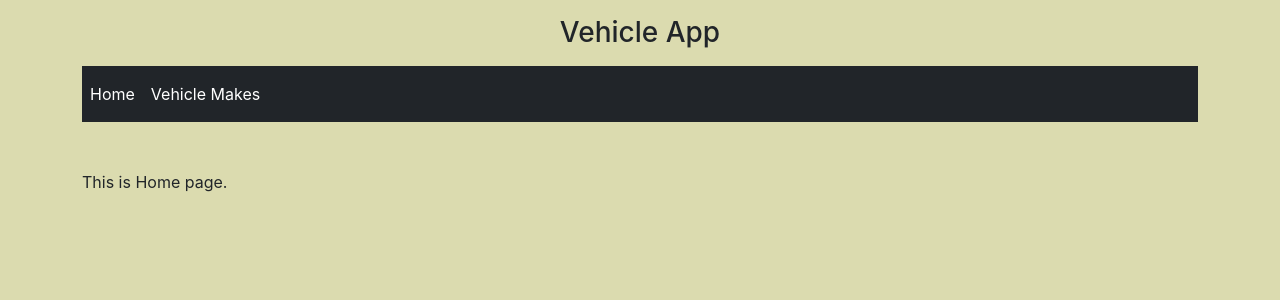
Repository: magdalenarajic/VehicleFrontend
Page: /
An editor plug-in stored every save of this project. The page is shown before and after the next save, followed by the edit.
The browser window is 1280 px wide. The pictures show the whole page.
The project was rebuilt for these pictures with package versions that can differ from the ones it lists, and the page was loaded fresh each time. Also part of the build but not shown: src/App.css, src/services/makeService.js, src/stores/makeStore.js, src/components/VehicleMake.js.

Above is the page before, as saved 2023-03-09 10:37:13.

### public/index.html
<!DOCTYPE html>
<html lang="en">
  <head>
    <meta charset="utf-8" />
    <link rel="icon" href="%PUBLIC_URL%/favicon.ico" />
    <meta name="viewport" content="width=device-width, initial-scale=1" />
    <meta name="theme-color" content="#000000" />
    <meta
      name="description"
      content="Web site created using create-react-app"
    />
    <link rel="apple-touch-icon" href="%PUBLIC_URL%/logo192.png" />
    <!--
      manifest.json provides metadata used when your web app is installed on a
      user's mobile device or desktop. See https://developers.google.com/web/fundamentals/web-app-manifest/
    -->
    <link rel="manifest" href="%PUBLIC_URL%/manifest.json" />
    <!--
      Notice the use of %PUBLIC_URL% in the tags above.
      It will be replaced with the URL of the `public` folder during the build.
      Only files inside the `public` folder can be referenced from the HTML.

      Unlike "/favicon.ico" or "favicon.ico", "%PUBLIC_URL%/favicon.ico" will
      work correctly both with client-side routing and a non-root public URL.
      Learn how to configure a non-root public URL by running `npm run build`.
    -->
    <link
  rel="stylesheet"
  href="https://cdn.jsdelivr.net/npm/bootstrap@5.2.3/dist/css/bootstrap.min.css"
  integrity="sha384-rbsA2VBKQhggwzxH7pPCaAqO46MgnOM80zW1RWuH61DGLwZJEdK2Kadq2F9CUG65"
  crossorigin="anonymous"
/>
    <title>React App</title>
  </head>
  <body>
    <noscript>You need to enable JavaScript to run this app.</noscript>
    <div id="root"></div>
    <!--
      This HTML file is a template.
      If you open it directly in the browser, you will see an empty page.

      You can add webfonts, meta tags, or analytics to this file.
      The build step will place the bundled scripts into the <body> tag.

      To begin the development, run `npm start` or `yarn start`.
      To create a production bundle, use `npm run build` or `yarn build`.
    -->
  </body>
</html>

### src/index.css
body {
  background-color: rgb(219, 219, 175);
  font-family: -apple-system, BlinkMacSystemFont, 'Segoe UI', 'Roboto', 'Oxygen',
    'Ubuntu', 'Cantarell', 'Fira Sans', 'Droid Sans', 'Helvetica Neue',
    sans-serif;
  -webkit-font-smoothing: antialiased;
  -moz-osx-font-smoothing: grayscale;
}

code {
  font-family: source-code-pro, Menlo, Monaco, Consolas, 'Courier New',
    monospace;
}

### src/App.js
import './App.css';
import { Home } from './components/Home';
import VehicleMake  from './components/VehicleMake';
import {Navigation} from './components/Navigation';

import {BrowserRouter, Route, Routes} from 'react-router-dom';

function App() {
  return (
    <BrowserRouter>
    <div className='container'>
    <header>
      <h3 className="m-3 d-flex justify-content-center">
        Vehicle App
      </h3>
      </header>
      <div>
      <Navigation/>
       <Routes>
        <Route path='/' element={<Home/>} />
        <Route path='/Makes' element={<VehicleMake/>} />
       </Routes>
    </div>
    </div>
    </BrowserRouter>
  );
}

export default App;

### src/components/Home.js
import React, {Component} from 'react';

export class Home extends Component{

    render(){
          return(
            <div className="mt-5 d-flex justify-content-left">
                This is Home page.
            </div>
          )
    }
}

### src/components/Navigation.js
import React, {Component} from 'react';
import {Navbar,Nav} from 'react-bootstrap';

export class Navigation extends Component{

    render(){
          return(
            <Navbar bg="dark" variant="dark" >
            <Nav variant="pills">
                <Nav.Link className="d-inline p-2 text-white " href="/" >
                    Home
                </Nav.Link>
                <Nav.Link className="d-inline p-2 text-white" href="/makes" >
                    Vehicle Makes
                </Nav.Link>
            </Nav>
           </Navbar>
          )
    }
}

Loaded but not shown: src/index.js (common file); src/reportWebVitals.js (common file)

After the next save:
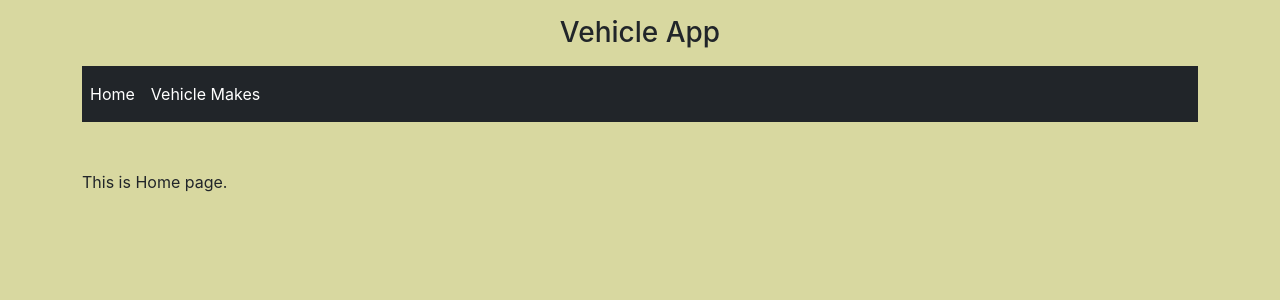
Saved 33 s later.
--- a/src/index.css
+++ b/src/index.css
@@ -1,5 +1,5 @@
 body {
-  background-color: rgb(219, 219, 175);
+  background-color: rgb(216, 216, 160);
   font-family: -apple-system, BlinkMacSystemFont, 'Segoe UI', 'Roboto', 'Oxygen',
     'Ubuntu', 'Cantarell', 'Fira Sans', 'Droid Sans', 'Helvetica Neue',
     sans-serif;
